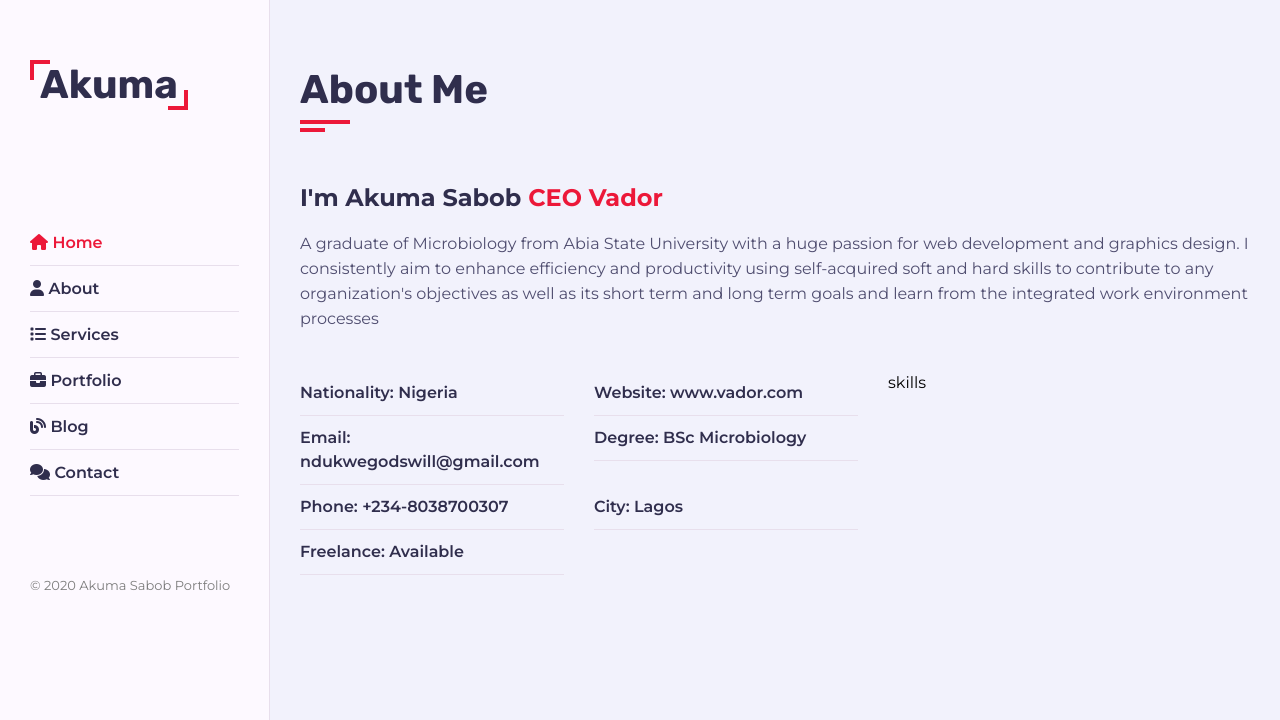
Repository: Akuma001/MY-Portfolio
Page: index.html
These files come from the project's save history. The page is drawn as it stood at one moment and after the next save; the edit follows.
The browser window is 1280 px wide. The pictures show the whole page.
Some web libraries are served in a nearby version.

Above is the page before, as saved 2020-12-13 18:23:57.

### index.html
<!DOCTYPE html>
<html lang="en">
<head>
  <title>Akuma Sabob</title>
  <meta charset="utf-8">
  <meta name="viewport" content="width=device-width, initial-scale=1">
   <!-- Template css Files -->
	<link rel="stylesheet" href="./css/style.css" type="text/css">
  <link rel="stylesheet" href="./css/skins/pink.css" type="text/css">
  <!-------Favcon icon-------->
  <link href="./images/favicon.ico" rel="icon" type="image/x-icon" />
  <!------------Font-Awesome---------------->
  <script src="https://kit.fontawesome.com/bd6f97032f.js" crossorigin="anonymous"></script>
</head>
<body>
<!-----------Main------------->
<div class="main-container">
<!-----------Side------------->
  <div class="aside">
    <div class="logo">
      <a href="#">Akuma</a>
    </div>

     <!----------Nav toggler---------->
     <div class="nav-toggler">
       <span></span>
     </div>
     <!----------Nav toggler---------->

    <!----------Nav Bar---------->
    <ul class="nav">
      <li><a href="#" class="active"><i class="fa fa-home"></i> Home</a></li>
      <li><a href="#"><i class="fa fa-user"></i> About</a></li>
      <li><a href="#"><i class="fa fa-list"></i> Services</a></li>
      <li><a href="#"><i class="fa fa-briefcase"></i> Portfolio</a></li>
      <li><a href="#"><i class="fas fa-blog"></i> Blog</a></li>
      <li><a href="#"><i class="fa fa-comments"></i> Contact</a></li>
    </ul>
    <div class="copyright-text">
      &copy; 2020 Akuma Sabob Portfolio
    </div>

  </div>
<!-----------Side End------------->

<!-----------Main content------------->
  <div class="main-content">

    <section class="home section hidden">
      <div class="container">
        <div class="intro">
          <img src="./images/profile.jpg" alt="Profile" class="shadow-dark">
          <h1>Akuma Sabob</h1>
          <p>I'm a web-developer <br> I'm graphics designer</p>
          <div class="social-link">
            <a href="#"><i class="fa fa-twitter"></i></a>
            <a href="#"><i class="fa fa-instagram"></i></a>
            <a href="#"><i class="fa fa-linkedin"></i></a>
            <a href="#"><i class="fas fa-code-branch"></i></a>
          </div>
        </div>
      </div>
    </section>

    <!-----------About------------->

      <section class="about section">
        <div class="container">
          <div class="row">
            <div class="section-title padd-15">
              <h2>About Me</h2>
            </div>
          </div>
          <div class="row">
            <div class="about-content padd-15">
              <div class="row">
                <div class="about-text padd-15">
                  <h3>I'm Akuma Sabob <span> CEO Vador </span></h3>
                  <p>A graduate of Microbiology from Abia State University with a huge
                    passion for web development and graphics design. I consistently aim
                    to enhance efficiency and productivity using self-acquired soft and
                    hard skills to contribute to any organization's objectives as well as its
                    short term and long term goals and learn from the integrated work
                    environment processes</p>
                </div>
              </div>
              <div class="row">
                <div class="personal-info padd-15">
                  <div class="row">
                    <div class="info-item padd-15">
                      <p>Nationality: <span>Nigeria</span></p>
                    </div>
                    <div class="info-item padd-15">
                      <p>Website: <span>www.vador.com</span></p>
                    </div>
                    <div class="info-item padd-15">
                      <p>Email: <span>ndukwegodswill@gmail.com</span></p>
                    </div>
                    <div class="info-item padd-15">
                      <p>Degree: <span>BSc Microbiology</span></p>
                    </div>
                    <div class="info-item padd-15">
                      <p>Phone: <span>+234-8038700307</span></p>
                    </div>
                    <div class="info-item padd-15">
                      <p>City: <span>Lagos</span></p>
                    </div>
                    <div class="info-item padd-15">
                      <p>Freelance: <span>Available</span></p>
                    </div>
                  </div>
                </div>
                <div class="skills padd-15">
                  skills
                </div>
              </div>
            </div>
          </div>
        </div>
      </section>

    <!-----------About End------------->
  </div>
<!-----------Main content End------------->
</div>
<!-----------Main------------->
</body>
</html>

### css/style.css

 /*Font Awesome Free Icon*/
 @import url("https://stackpath.bootstrapcdn.com/font-awesome/4.7.0/css/font-awesome.min.css");
 /*Google fonts*/
 @import url('https://fonts.googleapis.com/css?family=Montserrat:400,500,600,700&display=swap');
 @import url('https://fonts.googleapis.com/css?family=Rubik:500,700,900&display=swap');


body{
    margin: 0;
    line-height: 1.5;
    font-size: 16px;
    font-family: 'Montserrat', sans-serif;
    font-weight: 400;
}
*{
    margin: 0;
    padding: 0;
    outline: none;
    text-decoration: none;
    box-sizing: border-box;
}
::before, ::after{
    box-sizing: border-box;
}

.section{
    background-color: #f2f2fc;
    min-height: 100vh;
    display: block;
    padding: 0 30px;
}
.section .container{
    padding-top: 60px;
    padding-bottom: 70px;
}
.section-title{
    -ms-flex: 0 0 100%;
    flex: 0 0 100%;
    max-width: 100%;
    margin-bottom: 60px;
}
.section-title h2{
    font-size: 40px;
    color: #302e4d;
    font-family: 'Rubik', sans-serif;
    font-weight: 700;
    margin: 0;
    position: relative;
}
.section-title h2::before{
    content: '';
    height: 4px;
    width: 50px;
    position: absolute;
    top: 100%;
    left: 0;
}
.section-title h2::after{
    content: '';
    height: 4px;
    width: 25px;
    position: absolute;
    top: 100%;
    left: 0;
    margin-top: 8px;
}
.row{
    display: -ms-flexbox;
    display: flex;
    -ms-flex-wrap: wrap;
    flex-wrap: wrap;
    margin-right: -15px;
    margin-left: -15px;
    position: relative;
}
.padd-15{
    padding-left: 15px;
    padding-right: 15px;
}
.main-content{
    padding-left: 270px;
}

.container{
    max-width: 1100px;
    width: 100%;
    margin: auto;
}
.shadow-dark{
    -webkit-box-shadow: 0 0 20px rgba(48, 46, 77, 0.15);
    box-shadow: 0 0 20px rgba(48, 46, 77, 0.15);
}
.hidden{
    display: none !important;
}

 /*    aside  */
 .aside{
     width: 270px;
     background-color: #fdf9ff;
     position: fixed;
     height: 100%;
     left: 0;
     top: 0;
     z-index: 10;
     border-right: 1px solid #e8dfec;
     padding: 30px;
 }


 .aside .logo{
    padding: 30px 0;
 }
 .aside .logo a{
     font-size: 40px;
     color: #302e4d;
     font-family: 'Rubik', sans-serif;
     font-weight: 700;
     text-decoration: none;
     display: inline-block;
     position: relative;
     padding: 0 10px;
     line-height: 50px;
 }
 .aside .logo a::before{
     content: '';
     height: 20px;
     width: 20px;
     position: absolute;
     top: 0;
     left: 0;
 }
 .aside .logo a::after{
    content: '';
    height: 20px;
    width: 20px;
    position: absolute;
    bottom: 0;
    right: 0;
 }
 .aside .nav-toggler{
     height: 40px;
     width: 45px;
     border: 1px solid #d4d4e3;
     cursor: pointer;
     position: fixed;
     left: 300px;
     top: 30px;
     z-index: 11;
     border-radius: 5px;
     background-color: #fdf9ff;
     /*
     display: -ms-flexbox;
     display: flex;
     */
     display: none;
     -ms-flex-align: center;
     align-items: center;
     -ms-flex-pack: center;
     justify-content: center;
 }
 .aside .nav-toggler span{
    height: 2px;
    width: 18px;
    display: inline-block;
    position: relative;
 }
 .aside .nav-toggler span::before{
     content: '';
     height: 2px;
     width: 18px;
     position: absolute;
     top: -6px;
     left: 0;
 }
 .aside .nav-toggler span::after{
    content: '';
    height: 2px;
    width: 18px;
    position: absolute;
    top: 6px;
    left: 0;
}
 .aside .nav{
    list-style: none;
     margin: 80px 0;
     padding: 0;
 }
 .aside .nav li{
     display: block;
 }
 .aside .nav li a{
     font-size: 16px;
     font-weight: 600;
     color: #302e4d;
     text-decoration: none;
     line-height: 45px;
     display: block;
     border-bottom: 1px solid #e8dfec;
     -webkit-transition: all 0.3s ease;
     transition: all 0.3s ease;
     text-transform: capitalize;
 }
 .aside .nav li a:not(.active):hover{
     padding-left: 5px;
 }
 .aside .nav li a fa{
     margin-right: 5px;
 }
 .aside .copyright-text{
    font-size: 13px;
    color: #7d7d7d;
 }

 /*    Home      */

 .home{
     min-height: 100vh;
     display: -ms-flexbox;
     display: flex;
 }

 .home .intro{
     text-align: center;
 }

 .home .intro img{
     height: 200px;
     width: 200px;
     border-radius: 50%;
     display: inline-block;
     border: 8px solid #ffffff;
 }

 .home .intro h1{
     font-size: 30px;
     color: #302e4d;
     font-family: 'Rubik', sans-serif;
     font-weight: 700;
     margin: 20px 0 5px;
 }
 .home .intro p{
     font-size: 16px;
     font-weight: 500;
     margin: 0%;
     line-height: 22px;
     color: #504e70;
 }

 .home .intro .social-link{
     margin-top: 25px;
 }

 .home .intro .social-link a{
     height: 35px;
     width: 35px;
     display: inline-block;
     text-align: center;
     line-height: 35px;
     color: #ffffff;
     margin: 0 4px;
     border-radius: 50%;
     text-decoration: none;
     -webkit-transition: all 0.3s ease;
     transition: all 0.3s ease;
 }

 .home .intro .social-link a:hover{
    -webkit-transform: scale(1.1);
    transform: scale(1.1);
 }


 /*      About Section     */

.about .about-content{
    -ms-flex: 0 0 100%;
    flex: 0 0 100%;
    max-width: 100%;
}
.about .about-content .about-text{
    -ms-flex: 0 0 100%;
    flex: 0 0 100%;
    max-width: 100%;
}
.about .about-content .about-text h3{
    font-size: 24px;
    margin-bottom: 15px;
    font-weight: 700;
    color: #302e4d;
}
.about .about-content .about-text p{
    font-size: 16px;
    line-height: 25px;
    color: #504e70;
    margin: 0;
}

.about .about-content .personal-info{
    /* background-color: red; */
    -ms-flex: 0 0 60%;
    flex: 0 0 60%;
    max-width: 60%;
    margin-top: 40px;
}
.about .about-content .personal-info .info-item{
    -ms-flex: 0 0 50%;
    flex: 0 0 50%;
    max-width: 50%;
}
.about .about-content .personal-info .info-item p{
    /* background-color: red; */
    font-weight: 600;
    padding: 10px 0;
    font-size: 16px;
    color: #302e4d;
    border-bottom: 1px solid #e8dfec;

}
.about .about-content .skills{
    /* background-color: blue; */
    -ms-flex: 0 0 40%;
    flex: 0 0 40%;
    max-width: 40%;
    margin-top: 40px;
}

### css/skins/pink.css
.aside .logo a::before{
    border-top: 4px solid #ec1839;
    border-left: 4px solid #ec1839;
}

.aside .logo a::after{
    border-right: 4px solid #ec1839;
    border-bottom: 4px solid #ec1839;
}

.about .about-content .about-text h3 span,
.aside .nav li a:hover,
.aside .nav li a.active{
    color: #ec1839;
}

.section-title h2::after,
.section-title h2::before,
.aside .nav-toggler span,
.aside .nav-toggler span::before,
.aside .nav-toggler span::after,
.home .intro .social-link a{
    background-color: #ec1839;
}

After the next save:
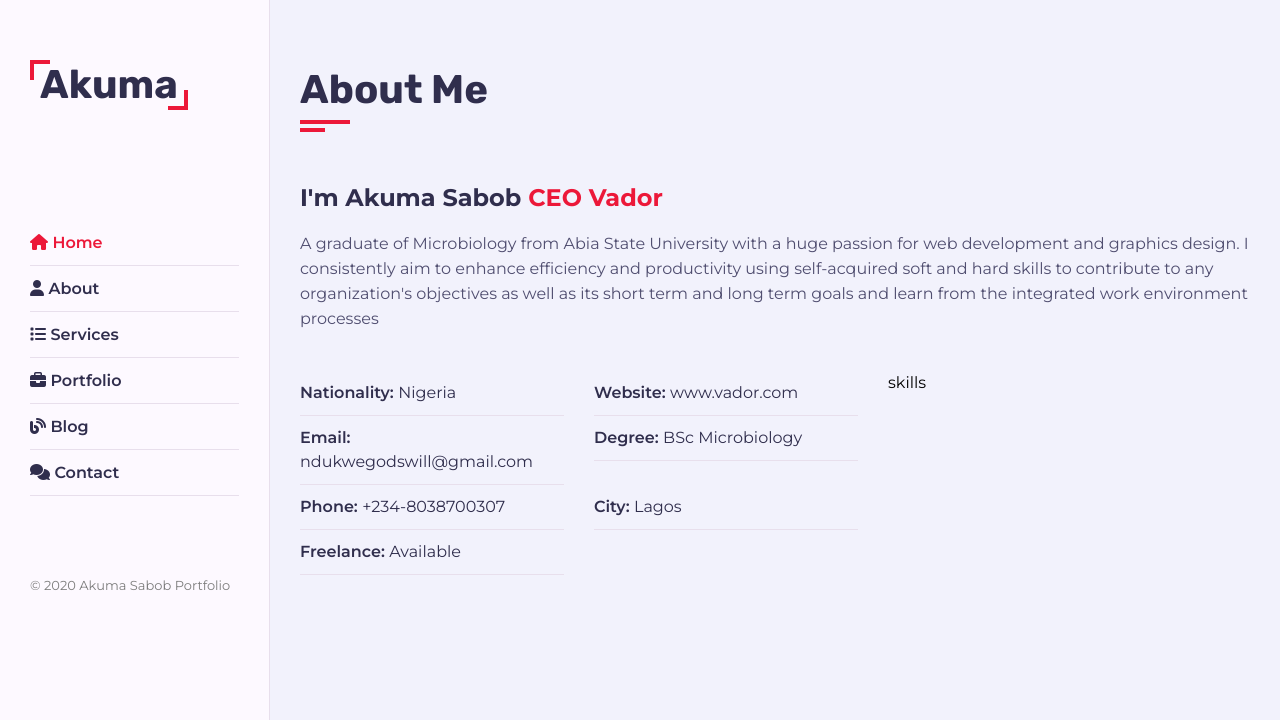
Saved 64 s later.
--- a/css/style.css
+++ b/css/style.css
@@ -318,6 +318,9 @@ body{
     border-bottom: 1px solid #e8dfec;
 
 }
+.about .about-content .personal-info .info-item p span{
+    font-weight: 400;
+}
 .about .about-content .skills{
     /* background-color: blue; */
     -ms-flex: 0 0 40%;
